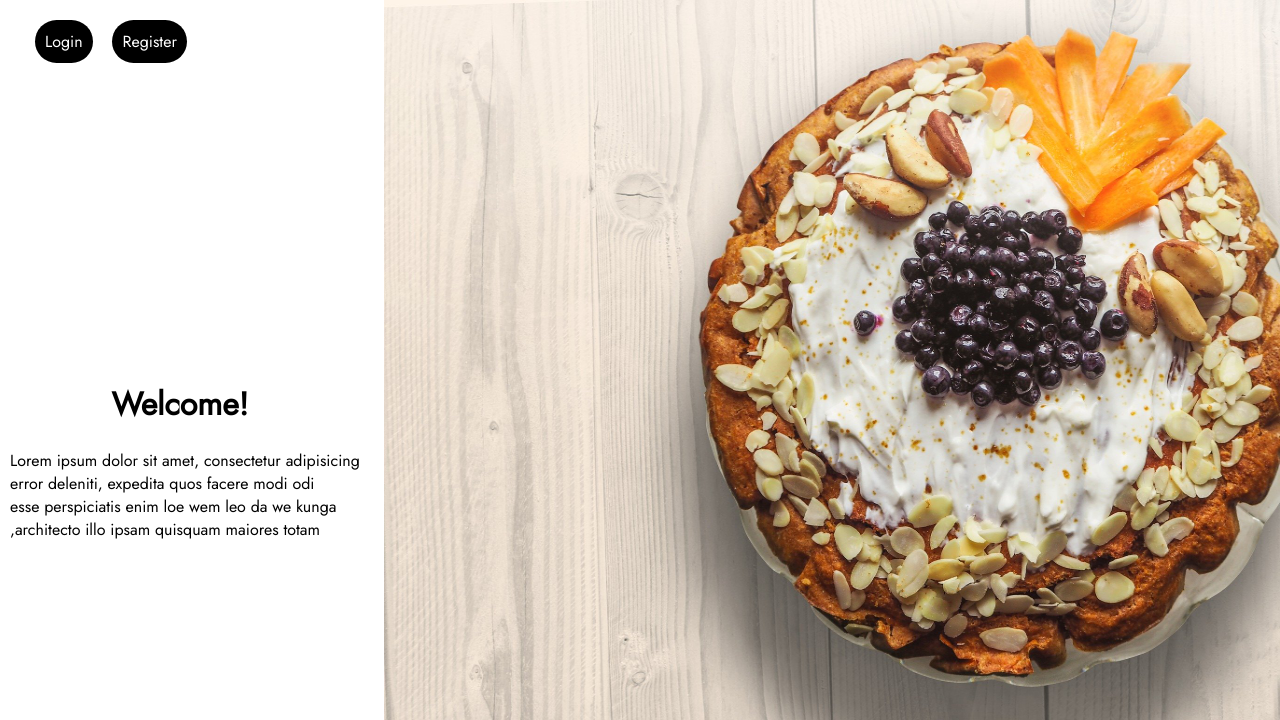
Repository: PatryxB/recipeCook
Page: http://localhost/
The author's editor kept a copy of each file at every save. The page is drawn from the files as they stood at one save, then again after the next save.
The browser window is 1280 px wide. The pictures show the whole page.
The page is served by the project's Laravel application, run on PHP 8.4 with Laravel 8. Style sheets and scripts are compiled from the project's sources, by tool versions that may differ from the author's.

Above is the page before, as saved 2020-05-02 11:28:52.

After the next save:
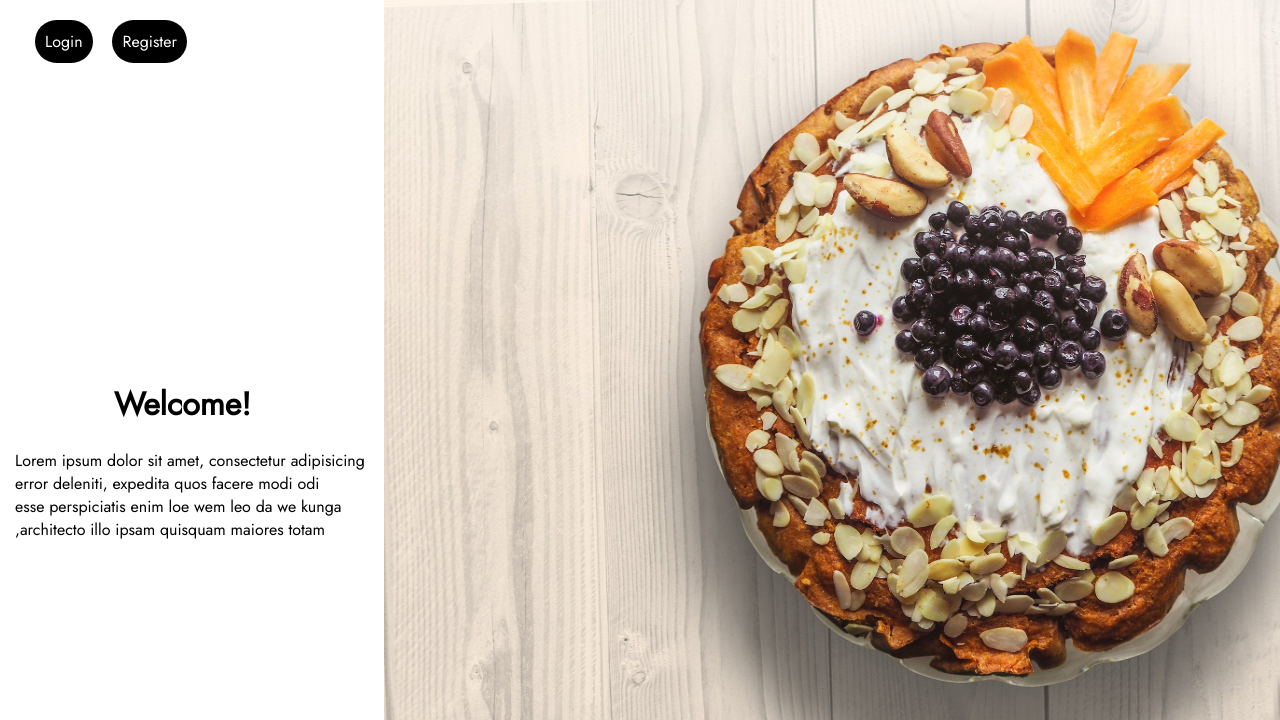
Saved 11 s later.
--- a/resources/views/welcome.blade.php
+++ b/resources/views/welcome.blade.php
@@ -20,7 +20,7 @@
             <div class="info">
                 <div class="text">
                     <h1 style="text-align: center">Welcome!</h1>
-                    <p style="margin-left:10px;">Lorem ipsum dolor sit amet, consectetur adipisicing <br>
+                    <p style="margin-left:15px;">Lorem ipsum dolor sit amet, consectetur adipisicing <br>
                     error deleniti, expedita quos facere modi odi <br>
                     esse perspiciatis enim loe wem leo da we kunga<br>
                     ,architecto illo ipsam quisquam maiores totam </p>
